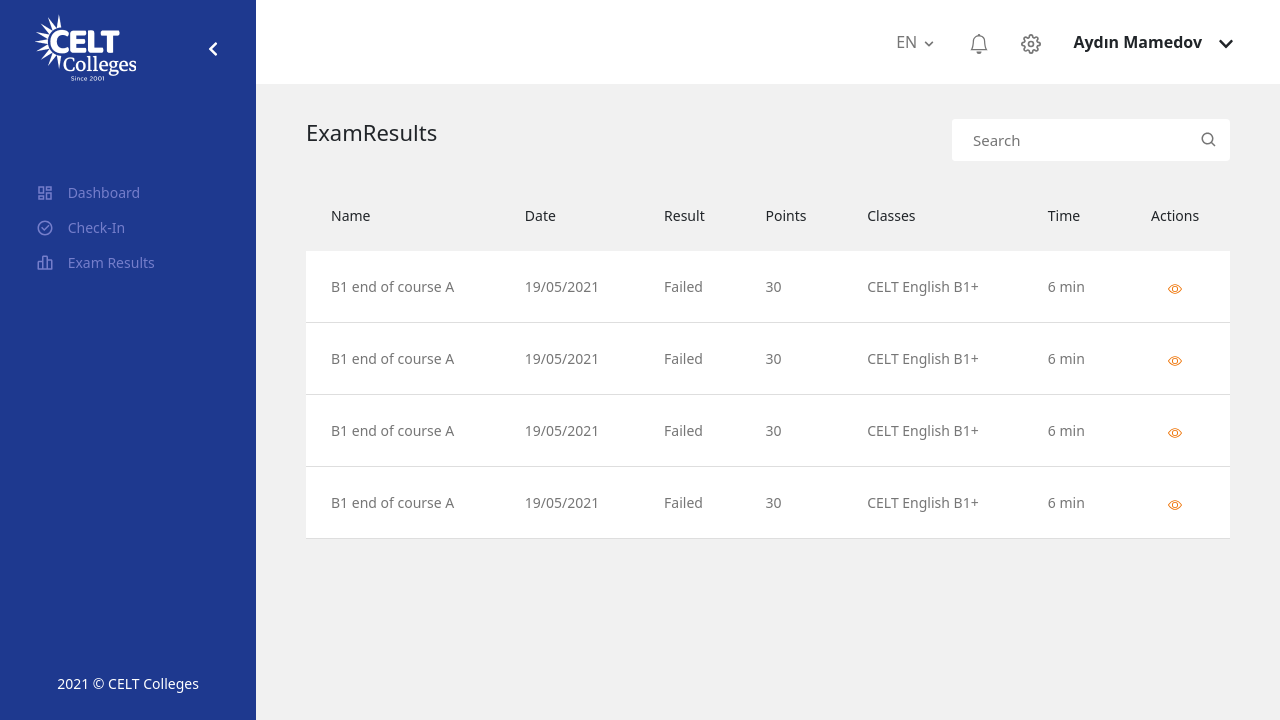
Repository: aydinws/celtapp
Page: /examresults
An editor plug-in stored every save of this project. The page is shown before and after the next save, followed by the edit.
The browser window is 1280 px wide. The pictures show the whole page.
The project was rebuilt for these pictures with package versions that can differ from the ones it lists, and the page was loaded fresh each time. Also part of the build but not shown: src/pages/Dashboard/index.scss, src/pages/Dashboard/index.js, src/pages/ExamResults/index.scss.

Above is the page before, as saved 2021-06-09 12:42:55.

After the next save:
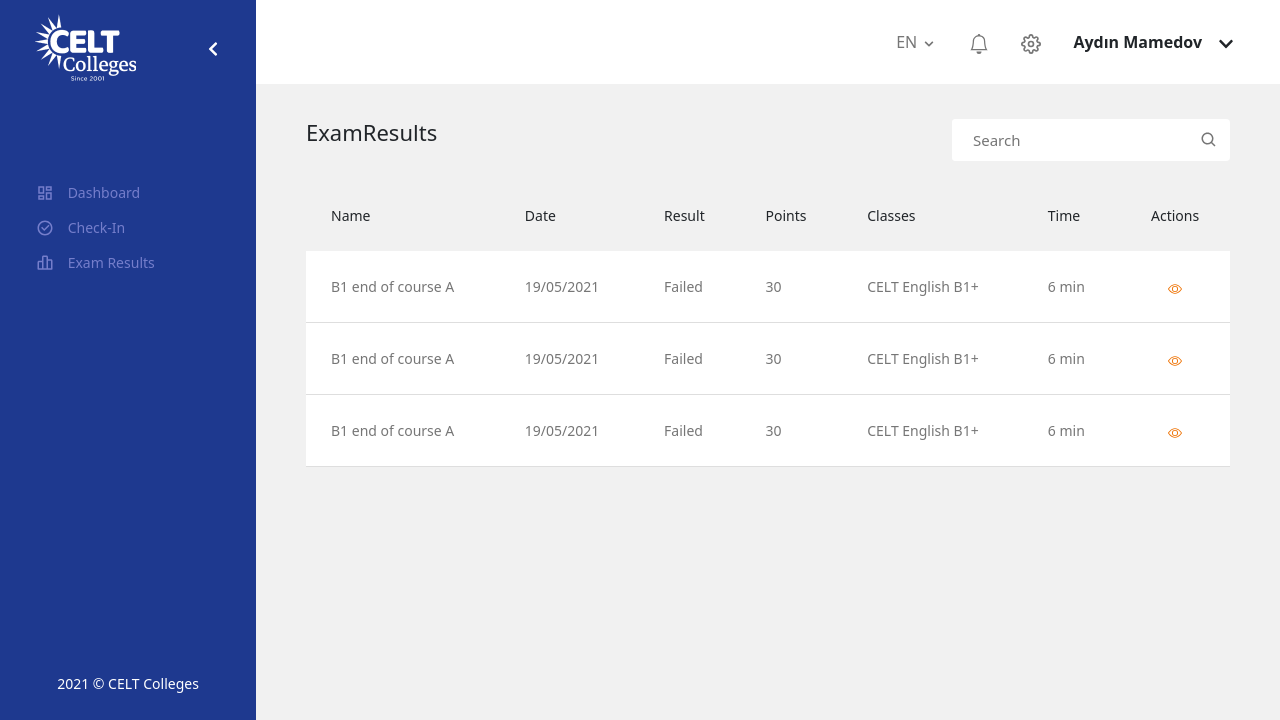
Saved 32 s later.
--- a/src/pages/ExamResults/index.js
+++ b/src/pages/ExamResults/index.js
@@ -48,7 +48,7 @@
                                 <tr key="1">
                                     <td>B1 end of course A</td>
                                     <td>19/05/2021</td>
-                                    <td>Failed</td>
+                                    <td className="red">Failed</td>
                                     <td>30</td>
                                     <td>CELT English B1+</td>
                                     <td>6 min</td>
@@ -59,7 +59,7 @@
                                 <tr key="1">
                                     <td>B1 end of course A</td>
                                     <td>19/05/2021</td>
-                                    <td>Failed</td>
+                                    <td className="green">Failed</td>
                                     <td>30</td>
                                     <td>CELT English B1+</td>
                                     <td>6 min</td>
@@ -70,18 +70,7 @@
                                 <tr key="1">
                                     <td>B1 end of course A</td>
                                     <td>19/05/2021</td>
-                                    <td>Failed</td>
-                                    <td>30</td>
-                                    <td>CELT English B1+</td>
-                                    <td>6 min</td>
-                                    <td>
-                                        <BsEye className="orange" />
-                                    </td>
-                                </tr>
-                                <tr key="1">
-                                    <td>B1 end of course A</td>
-                                    <td>19/05/2021</td>
-                                    <td>Failed</td>
+                                    <td className="red">Failed</td>
                                     <td>30</td>
                                     <td>CELT English B1+</td>
                                     <td>6 min</td>
